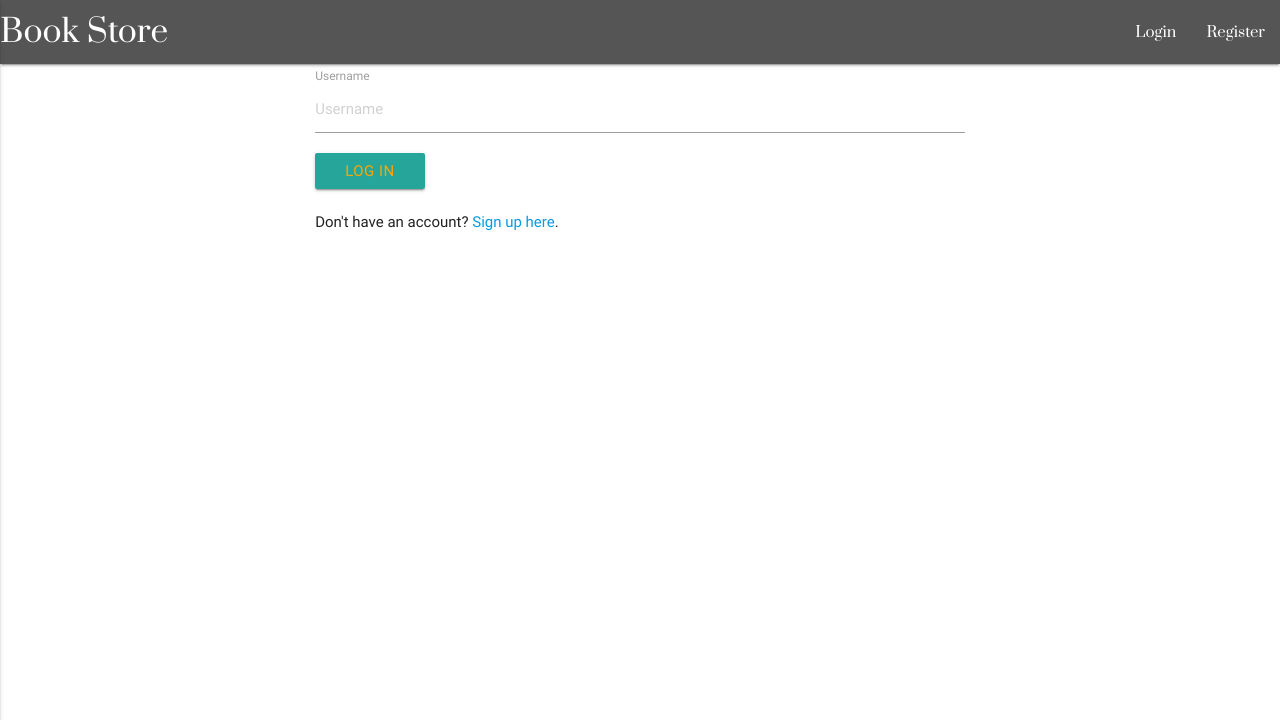
Repository: thodnett/book-store
Page: http://localhost/
The author's editor kept a record of every edit. The page is drawn from the files as they stood at one moment, then again after the next edit.
The browser window is 1280 px wide. The pictures show the whole page.
Some web libraries are served in a nearby version. The page is served by the project's application, run on Flask 3 (app.py).

Above is the page before.

After the next edit:
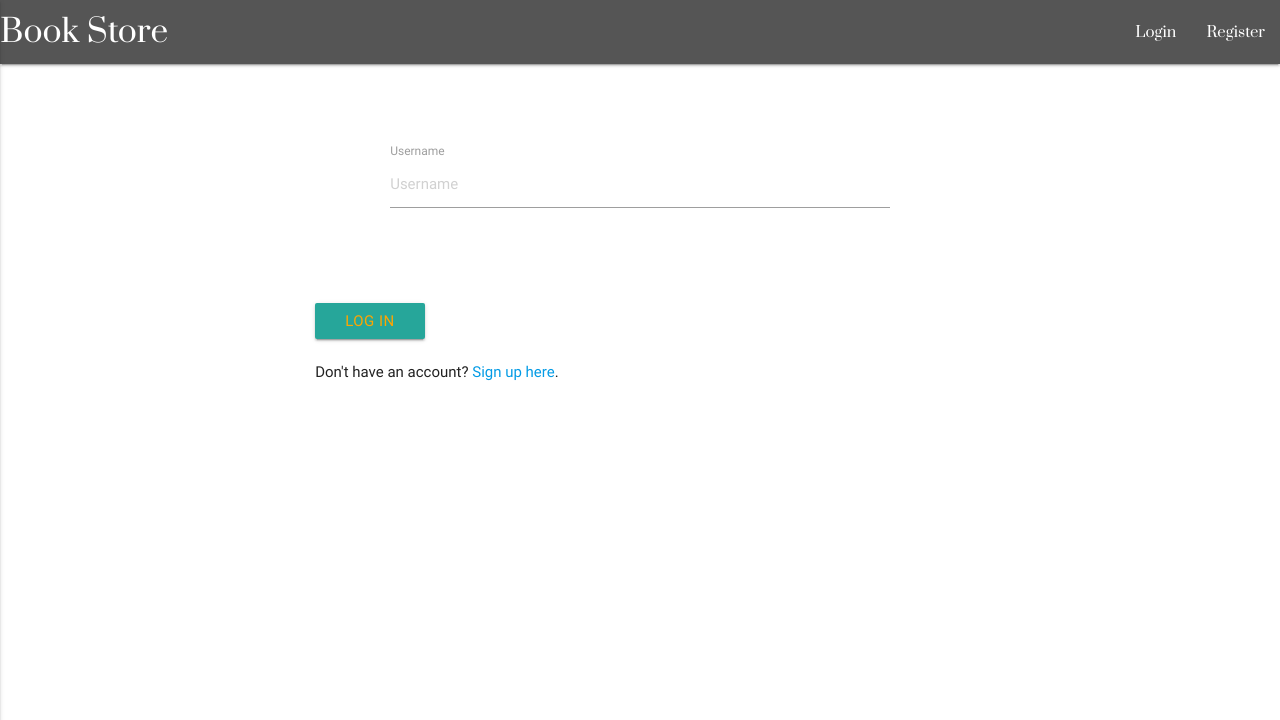
The edit:
--- a/static/css/style.css
+++ b/static/css/style.css
@@ -36,6 +36,11 @@
     color: orange;
 }
 
+.form-group {
+    margin: 50px;
+    padding: 25px;
+}
+
 /*-----footer------*/
 
 #page-footer {
